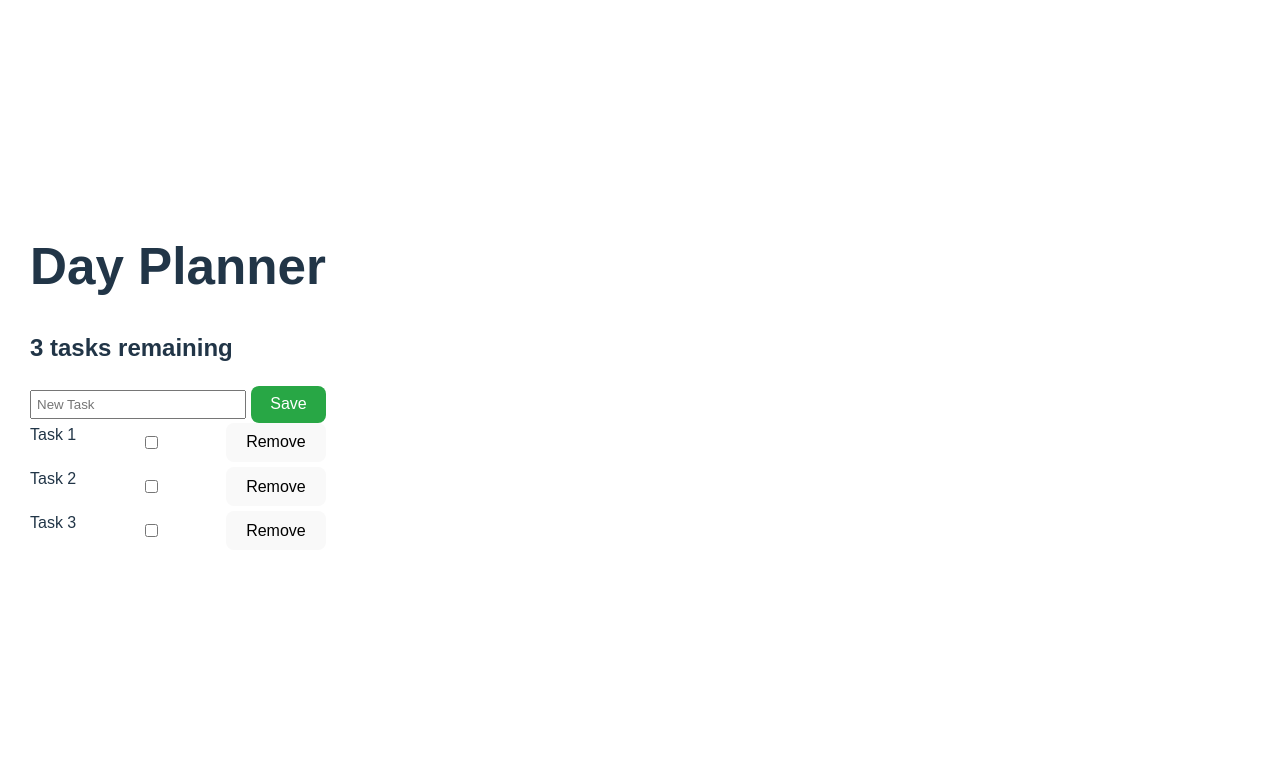
Repository: GavinPahal/lab5
Page: /
These files come from the project's save history. The page is drawn as it stood at one moment and after the next save; the edit follows.
The browser window is 1280 px wide. The pictures show the whole page.
The project was rebuilt for these pictures with package versions that can differ from the ones it lists, and the page was loaded fresh each time. Also part of the build but not shown: vite.config.js.

Above is the page before, as saved 2024-10-11 17:46:36.

After the next save:
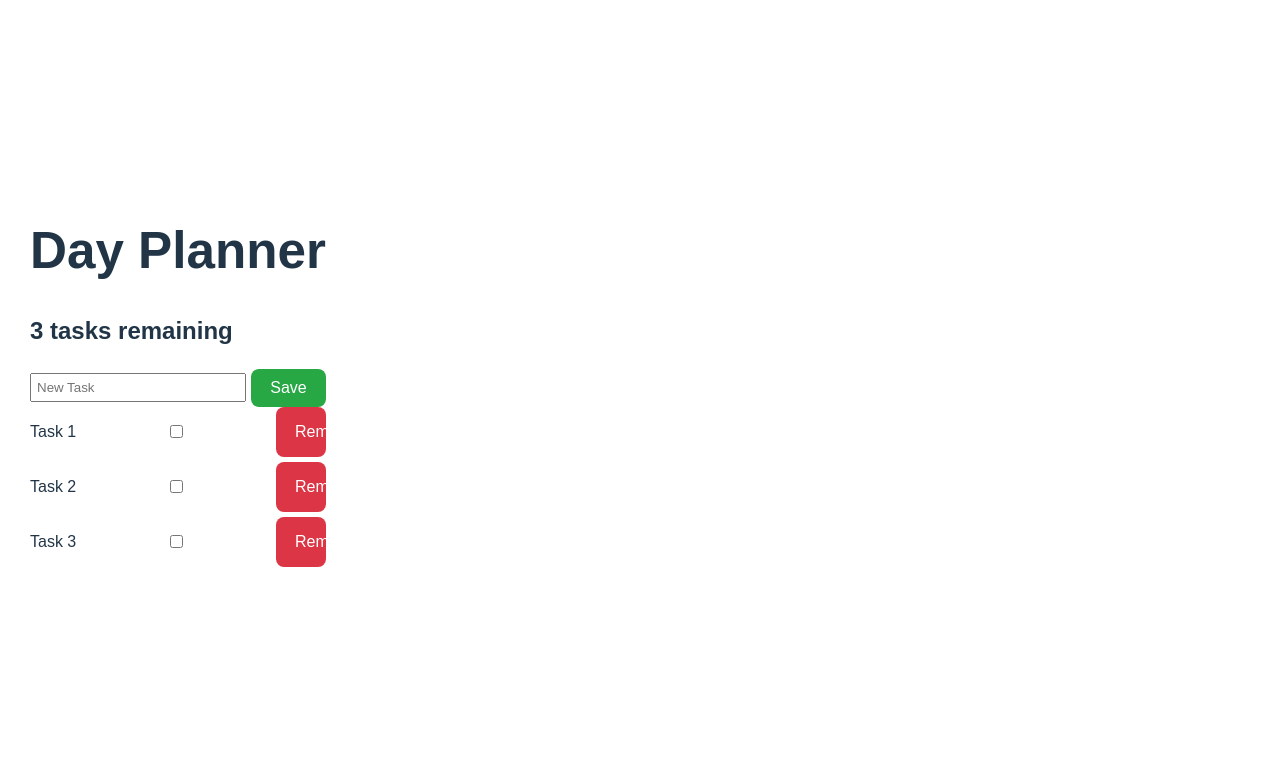
Saved 12 s later.
--- a/src/App.css
+++ b/src/App.css
@@ -14,6 +14,7 @@ body {
 .task {
   display: flex;
   justify-content: space-between;
+  align-items: center; /* Align items vertically in the center */
   margin-bottom: 5px;
 }
 
@@ -36,6 +37,19 @@ button.save:hover {
   background-color: #218838; /* Darker green on hover */
 }
 
+button.remove {
+  width: 50px; /* Fixed width for square shape */
+  height: 50px; /* Fixed height for square shape */
+  background-color: #dc3545; /* Red color for remove button */
+  color: white;
+  border: none;
+  cursor: pointer;
+}
+
+button.remove:hover {
+  background-color: #c82333; /* Darker red on hover */
+}
+
 .completed span {
   text-decoration: line-through;
 }
